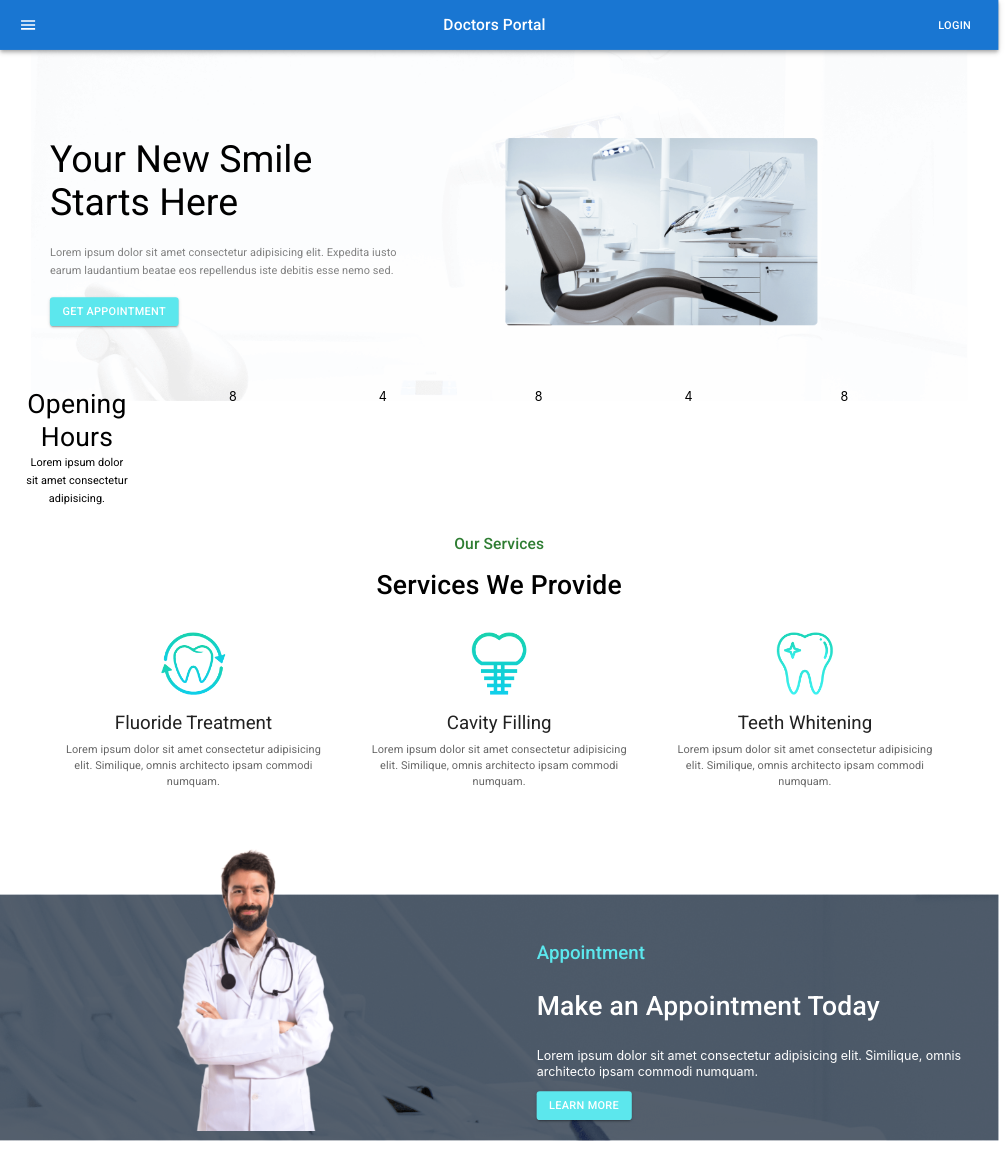
Repository: Sharif-00112/doctors-portal-client
Page: /
The author's editor kept a copy of each file at every save. The page is drawn from the files as they stood at one save, then again after the next save.
The browser window is 1280 px wide. The page is 1288 px wide, so the pictures cover 1288 px, including what lies to the right of the window. The pictures show the whole page, at 78% of full size.
The project was rebuilt for these pictures with package versions that can differ from the ones it lists, and the page was loaded fresh each time.

Above is the page before, as saved 2022-11-01 23:11:15.

### public/index.html
<!DOCTYPE html>
<html lang="en">
  <head>
    <meta charset="utf-8" />
    <link rel="icon" href="%PUBLIC_URL%/favicon.ico" />
    <meta name="viewport" content="width=device-width, initial-scale=1" />
    <meta name="theme-color" content="#000000" />
    <meta
      name="description"
      content="Web site created using create-react-app"
    />
    <link
      rel="stylesheet" href="https://fonts.googleapis.com/css?family=Roboto:300,400,500,700&display=swap"
    />

    <link rel="apple-touch-icon" href="%PUBLIC_URL%/logo192.png" />
    <!--
      manifest.json provides metadata used when your web app is installed on a
      user's mobile device or desktop. See https://developers.google.com/web/fundamentals/web-app-manifest/
    -->
    <link rel="manifest" href="%PUBLIC_URL%/manifest.json" />
    <!--
      Notice the use of %PUBLIC_URL% in the tags above.
      It will be replaced with the URL of the `public` folder during the build.
      Only files inside the `public` folder can be referenced from the HTML.

      Unlike "/favicon.ico" or "favicon.ico", "%PUBLIC_URL%/favicon.ico" will
      work correctly both with client-side routing and a non-root public URL.
      Learn how to configure a non-root public URL by running `npm run build`.
    -->
    <title>React App</title>
  </head>
  <body>
    <noscript>You need to enable JavaScript to run this app.</noscript>
    <div id="root"></div>
    <!--
      This HTML file is a template.
      If you open it directly in the browser, you will see an empty page.

      You can add webfonts, meta tags, or analytics to this file.
      The build step will place the bundled scripts into the <body> tag.

      To begin the development, run `npm start` or `yarn start`.
      To create a production bundle, use `npm run build` or `yarn build`.
    -->
  </body>
</html>

### src/App.js
import './App.css';
import { BrowserRouter as Router, Route, Routes} from 'react-router-dom';
import Home from './Pages/Home/Home/Home';

function App() {
  return (
    <div className="App">
      <Router>
        {/* <Header></Header> */}
        <Routes>
          <Route exact path = '/' element={<Home/>}/>
          <Route exact path = '/home' element={<Home/>}/>
          <Route exact path = '*' element={<Home/>}/>
        </Routes>
        {/* <Footer></Footer> */}
      </Router>
    </div>
  );
}

export default App;

### src/Pages/Home/Home/Home.js
import React from 'react';
import Navigation from '../../Shared/Navigation/Navigation';
import AppointmentBanner from '../AppointmentBanner/AppointmentBanner';
import Banner from '../Banner/Banner';
import Services from '../Services/Services';

const Home = () => {
    return (
        <div>
            {/* <h2>This is Home</h2> */}
            <Navigation></Navigation>
            <Banner></Banner>
            <Services></Services>
            <AppointmentBanner></AppointmentBanner>
        </div>
    );
};

export default Home;

### src/Pages/Shared/Navigation/Navigation.js
import React from 'react';
import AppBar from '@mui/material/AppBar';
import Box from '@mui/material/Box';
import Toolbar from '@mui/material/Toolbar';
import Typography from '@mui/material/Typography';
import Button from '@mui/material/Button';
import IconButton from '@mui/material/IconButton';
import MenuIcon from '@mui/icons-material/Menu';

const Navigation = () => {
    return (
        <div>
            <Box sx={{ flexGrow: 1, pb:2 }}>
                <AppBar position="static">
                    <Toolbar>
                        <IconButton
                            size="large"
                            edge="start"
                            color="inherit"
                            aria-label="menu"
                            sx={{ mr: 2 }}
                        >
                            <MenuIcon />
                        </IconButton>
                        <Typography variant="h6" component="div" sx={{ flexGrow: 1 }}>
                            Doctors Portal
                        </Typography>
                        <Button color="inherit">Login</Button>
                    </Toolbar>
                </AppBar>
            </Box>
        </div>
    );
};

export default Navigation;

### src/Pages/Home/AppointmentBanner/AppointmentBanner.js
import React from 'react';
import Box from '@mui/material/Box';
import Grid from '@mui/material/Unstable_Grid2';
import Typography from '@mui/material/Typography';

import doctor from '../../../images/images/doctor.png'
import bg from '../../../images/images/appointment-bg.png'
import { Button } from '@mui/material';

const appointmentBanner = {
    background: `url(${bg})`,
    marginTop: 100,
    backgroundColor: 'rgba(45, 58, 74, 0.8)',
    backgroundBlendMode: 'darken, luminosity'
}

const AppointmentBanner = () => {
    return (
        <div>
            <Box style={appointmentBanner} sx={{ flexGrow: 1, mb:5 }}>
                <Grid container spacing={2}>
                    <Grid xs={12} md={6}>
                        <img
                           style={{width: 400, marginTop: '-105px' }}
                        src={doctor} alt="" />
                    </Grid>

                    <Grid xs={12} md={6} sx={{
                        display: 'flex',
                        justifyContent: 'flex-start',
                        textAlign: 'left',
                        alignItems: 'center'
                        }}>
                        <Box sx={{pl: 5}}>
                            <Typography sx={{ mb: 2, mt: 4, fontWeight: 500 }} style={{color: '#5CE7ED'}} variant="h5" component="div">
                                Appointment
                            </Typography>
                            <Typography sx={{ mb: 2, mt: 4, fontWeight: 500 }} style={{color: 'white'}} variant="h4" component="div">
                                Make an Appointment Today
                            </Typography>
                            <Typography sx={{ mb: 2, mt: 4 }} style={{color: 'white'}} variant="" component="div">
                                Lorem ipsum dolor sit amet consectetur adipisicing elit. Similique, omnis architecto ipsam commodi numquam.
                            </Typography>
                            <Button variant="contained" style={{backgroundColor: '#5CE7ED'}}>Learn More</Button>
                        </Box>
                    </Grid>
                </Grid>
            </Box>
        </div>
    );
};

export default AppointmentBanner;

### src/Pages/Home/Banner/Banner.js
import React from 'react';
import Grid from '@mui/material/Grid';
import Typography from '@mui/material/Typography';
import { Box, Button, Container } from '@mui/material';

import chair from '../../../images/images/chair.png';
import bnBg from '../../../images/images/bg.png';

const bannerBg = {
    background: `url(${bnBg})`
}

const verticalCenter = {
    display: 'flex',
    alignItems: 'center',
    height: 450
}

const Banner = () => {
    return (
        <div>
            <Container style={bannerBg} sx={{ flexGrow: 1 }}>
                <Grid container spacing={2}>
                    <Grid item style={{ ...verticalCenter, textAlign: 'left'}} xs={12} md={6}>
                        <Box>
                            <Typography sx={{ }} style={{color: 'black'}} variant="h3" component="div">
                                Your New Smile <br />
                                Starts Here
                            </Typography>
                            <Typography sx={{ my: 3, pr: 15, fontSize: 14, fontWeight: 400, color: 'gray'}} variant="h6" component="div">
                                Lorem ipsum dolor sit amet consectetur adipisicing elit. Expedita iusto earum laudantium beatae eos repellendus iste debitis esse nemo sed.
                            </Typography>
                            <Button variant="contained" style={{backgroundColor: '#5CE7ED'}}>Get Appointment</Button>
                        </Box>
                    </Grid>
                    <Grid item xs={12} md={6} style={verticalCenter}>
                        <img style={{ width: '400px'}} src={chair} alt="" />
                    </Grid>
                </Grid>
            </Container>

            <Container sx={{ flexGrow: 1 }}>
                <Grid container rowSpacing={1} columnSpacing={{ xs: 1, sm: 2, md: 3 }}>
                    <Grid xs={4}>
                        <Grid container spacing={1}>
                            <Grid xs={4}>
                                <Typography sx={{ }} style={{color: 'black'}} variant="h4" component="div">
                                    Opening Hours
                                </Typography>
                                <Typography sx={{ fontSize: 14, fontWeight: 400 }} style={{color: 'black'}} variant="h6" component="div">
                                    Lorem ipsum dolor sit amet consectetur adipisicing.
                                </Typography>
                            </Grid>
                            <Grid xs={8}>
                            8
                            </Grid>
                        </Grid>
                    </Grid>
                    <Grid xs={4}>
                        <Grid container spacing={1}>
                            <Grid xs={4}>
                            4
                            </Grid>
                            <Grid xs={8}>
                            8
                            </Grid>
                        </Grid>
                    </Grid>
                    <Grid xs={4}>
                        <Grid container spacing={1}>
                            <Grid xs={4}>
                            4
                            </Grid>
                            <Grid xs={8}>
                            8
                            </Grid>
                        </Grid>
                    </Grid>
                </Grid>
            </Container>
        </div>
    );
};

export default Banner;

### src/Pages/Home/Services/Services.js
import React from 'react';
import Box from '@mui/material/Box';
import Grid from '@mui/material/Unstable_Grid2';
import Typography from '@mui/material/Typography';
import { Container } from '@mui/material';
import Service from '../Service/Service';

import fluoride from '../../../images/images/fluoride.png';
import cavity from '../../../images/images/cavity.png'
import whitening from '../../../images/images/whitening.png'

const services = [
    {
        name: 'Fluoride Treatment',
        description: 'Lorem ipsum dolor sit amet consectetur adipisicing elit. Similique, omnis architecto ipsam commodi numquam.',
        img: fluoride
    },
    {
        name: 'Cavity Filling',
        description: 'Lorem ipsum dolor sit amet consectetur adipisicing elit. Similique, omnis architecto ipsam commodi numquam.',
        img: cavity
    },
    {
        name: 'Teeth Whitening',
        description: 'Lorem ipsum dolor sit amet consectetur adipisicing elit. Similique, omnis architecto ipsam commodi numquam.',
        img: whitening
    }
]

const Services = () => {
    return (
        <div>
            <Box sx={{ flexGrow: 1 }}>
                <Container>
                    <Typography sx={{ mb: 2, mt: 4, fontWeight: 500, color: 'success.main' }} variant="h6" component="div">
                        Our Services
                    </Typography>
                    <Typography sx={{ mb: 3, fontWeight: 500 }} variant="h4" component="div">
                        Services We Provide
                    </Typography>

                    <Grid container spacing={{ xs: 2, md: 3 }} columns={{ xs: 4, sm: 8, md: 12 }}>
                        {
                            services.map(service => (
                                <Grid xs={2} sm={4} md={4} key={service.name}>
                                <Service
                                    key = {service.name}
                                    service = {service}
                                ></Service>
                            </Grid>
                            ))
                        }
                    </Grid>
                </Container>
            </Box>
        </div>
    );
};

export default Services;

### src/Pages/Home/Service/Service.js
import React from 'react';
import Card from '@mui/material/Card';
// import CardActions from '@mui/material/CardActions';
import CardContent from '@mui/material/CardContent';
// import Button from '@mui/material/Button';
import Typography from '@mui/material/Typography';
import CardMedia from '@mui/material/CardMedia';

const Service = (props) => {
    const {name, description, img} = props.service
    return (
        <div>
            <Card sx={{ minWidth: 275, border: 0, boxShadow: 0, mt: 1.5 }}>
                <CardMedia
                    component="img"
                    style={{width: 'auto', height: '80px', margin: '4px auto'}}
                    image={img}
                    alt={name}
                />
                <CardContent>
                    <Typography sx={{ mb: 1 }} variant="h5" component="div">
                        {name}
                    </Typography>
                    <Typography sx={{ mb: 1.5 }} variant="body2" color="text.secondary">
                        {description}
                    </Typography>
                </CardContent>
                {/* <CardActions>
                    <Button size="small">Learn More</Button>
                </CardActions> */}
            </Card>
        </div>
    );
};

export default Service;

Loaded but not shown: src/index.js (common file); src/index.css (common file); src/reportWebVitals.js (common file); src/App.css (common file)

After the next save:
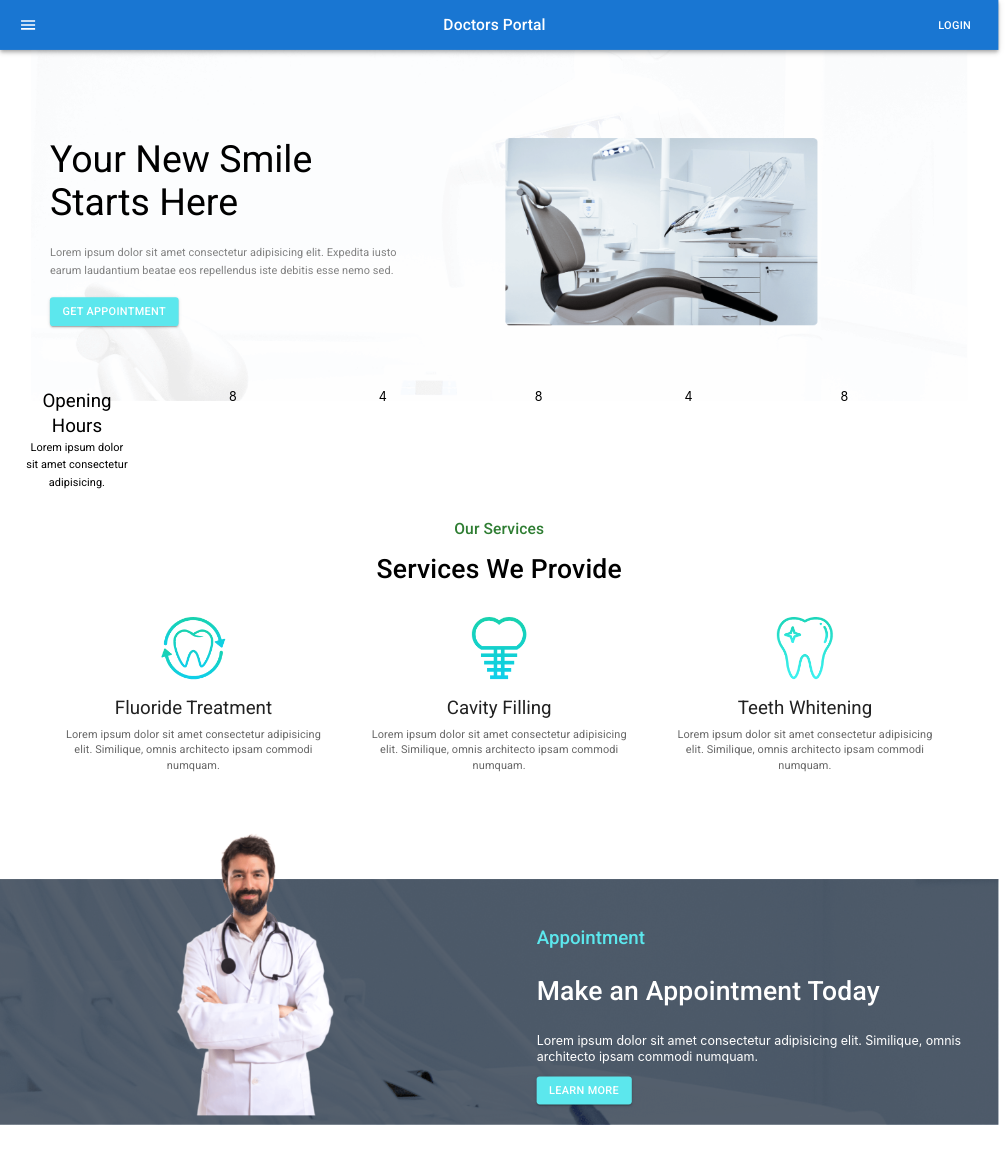
Saved 23 s later.
--- a/src/Pages/Home/Banner/Banner.js
+++ b/src/Pages/Home/Banner/Banner.js
@@ -44,7 +44,7 @@ const Banner = () => {
                     <Grid xs={4}>
                         <Grid container spacing={1}>
                             <Grid xs={4}>
-                                <Typography sx={{ }} style={{color: 'black'}} variant="h4" component="div">
+                                <Typography sx={{ }} style={{color: 'black'}} variant="h5" component="div">
                                     Opening Hours
                                 </Typography>
                                 <Typography sx={{ fontSize: 14, fontWeight: 400 }} style={{color: 'black'}} variant="h6" component="div">
